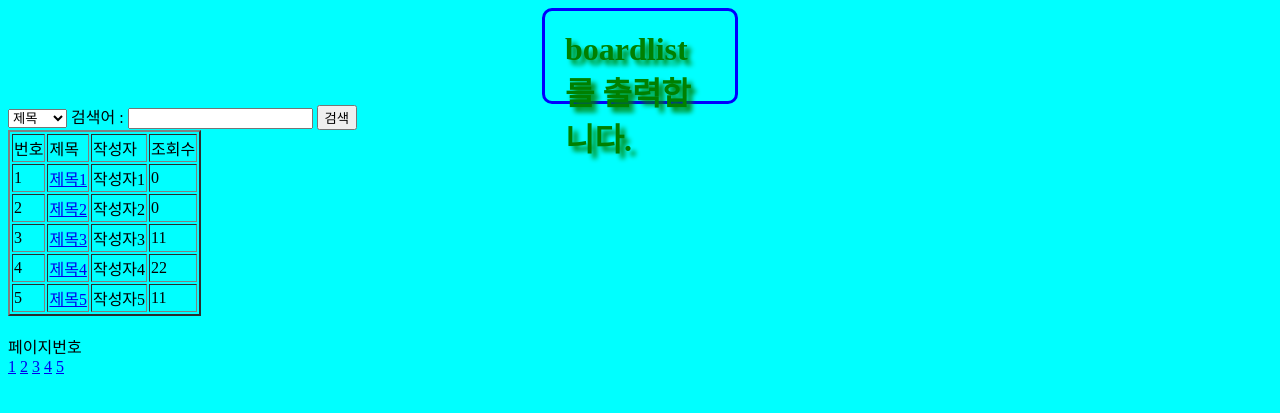
Repository: Pang-Ho/TIL
Page: JavaScript/workspace_web/htmltest/WebContent/boardlist.html
These files come from the project's save history. The page is drawn as it stood at one moment and after the next save; the edit follows.
The browser window is 1280 px wide. The pictures show the whole page.

Above is the page before, as saved 2021-08-20 08:38:16.

After the next save:
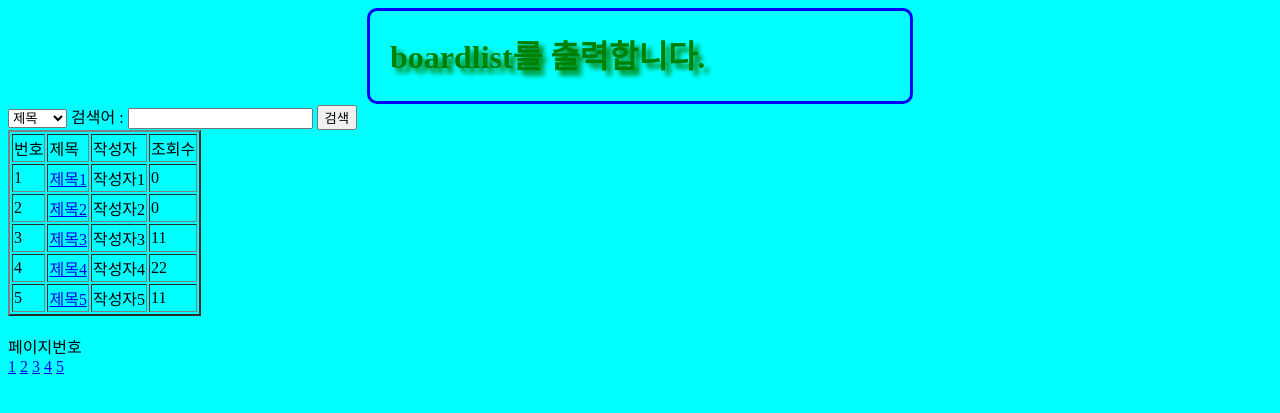
Saved 10 s later.
--- a/JavaScript/workspace_web/htmltest/WebContent/boardlist.html
+++ b/JavaScript/workspace_web/htmltest/WebContent/boardlist.html
@@ -9,7 +9,7 @@
 	}
 	h1{
 	color : green;
-	width : 150px;
+	width : 500px;
 	text-shadow : 5px 5px 5px green;
 	height : 50px;
 	padding : 20px;
